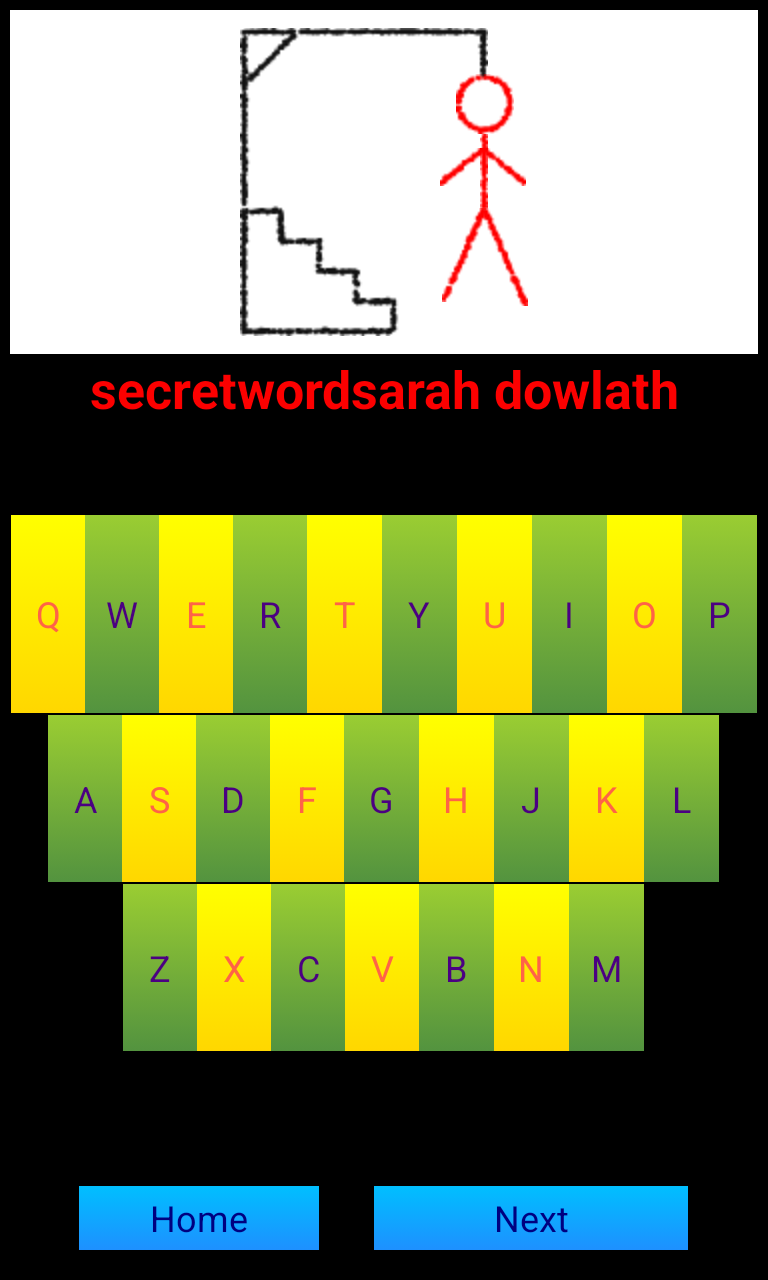
Repository: SarahDowlath/TriniHangman
Layout: workspace3/Trini-Hangman/res/layout/game.xml
An editor plug-in stored every save of this project. The layout is shown before and after the next save, followed by the edit.
It is drawn on a 768 x 1280 px phone screen (xhdpi) without system bars, with theme AppTheme; the app's code is not run.

Above is the layout before, as saved 2014-07-07 15:26:40.

### workspace3/Trini-Hangman/res/layout/game.xml
<LinearLayout xmlns:android="http://schemas.android.com/apk/res/android"
    xmlns:tools="http://schemas.android.com/tools"
    android:id="@+id/LinearLayoutFinal"
    android:layout_width="fill_parent"
    android:layout_height="wrap_content"
    android:layout_gravity="bottom"
    android:layout_marginBottom="0dp"
    android:background="#FF000000"
    android:gravity="center"
    android:orientation="vertical"
    android:padding="5dp"
    android:paddingBottom="@dimen/activity_vertical_margin"
    android:paddingLeft="@dimen/activity_horizontal_margin"
    android:paddingRight="@dimen/activity_horizontal_margin"
    android:paddingTop="@dimen/activity_vertical_margin" >

    <RelativeLayout
        android:id="@+id/hangmanGallows"
        android:layout_width="match_parent"
        android:layout_height="172dp"
        android:background="#FFFFFF"
        android:gravity="center"
        android:visibility="visible" >

        <ImageView
            android:id="@+id/imageView2"
            android:layout_width="wrap_content"
            android:layout_height="wrap_content"
            android:contentDescription="@string/gallows"
            android:paddingLeft="0dp"
            android:paddingTop="0dp"
            android:src="@drawable/android_hangman_gallows" />

        <ImageView
            android:id="@+id/body"
            android:layout_width="wrap_content"
            android:layout_height="wrap_content"
            android:contentDescription="@string/body"
            android:paddingLeft="120dp"
            android:paddingTop="53dp"
            android:src="@drawable/android_hangman_body" />

        <ImageView
            android:id="@+id/arm1"
            android:layout_width="wrap_content"
            android:layout_height="wrap_content"
            android:contentDescription="@string/arm"
            android:paddingLeft="100dp"
            android:paddingTop="60dp"
            android:src="@drawable/android_hangman_arm1" />

        <ImageView
            android:id="@+id/arm2"
            android:layout_width="wrap_content"
            android:layout_height="wrap_content"
            android:contentDescription="@string/arm"
            android:paddingLeft="120dp"
            android:paddingTop="60dp"
            android:src="@drawable/android_hangman_arm2" />

        <ImageView
            android:id="@+id/leg1"
            android:layout_width="wrap_content"
            android:layout_height="wrap_content"
            android:contentDescription="@string/leg"
            android:paddingLeft="101dp"
            android:paddingTop="90dp"
            android:src="@drawable/android_hangman_leg1" />

        <ImageView
            android:id="@+id/leg2"
            android:layout_width="wrap_content"
            android:layout_height="wrap_content"
            android:contentDescription="@string/leg"
            android:paddingLeft="121dp"
            android:paddingTop="90dp"
            android:src="@drawable/android_hangman_leg2" />

        <ImageView
            android:id="@+id/head"
            android:layout_width="wrap_content"
            android:layout_height="wrap_content"
            android:layout_alignLeft="@+id/imageView2"
            android:layout_alignTop="@+id/imageView2"
            android:layout_weight="1"
            android:contentDescription="@string/head"
            android:paddingLeft="108dp"
            android:paddingTop="23dp"
            android:src="@drawable/android_hangman_head" />

    </RelativeLayout>

    <LinearLayout
        android:id="@+id/secretWord"
        android:layout_width="400sp"
        android:layout_height="80sp" >

        <TextView
            android:id="@+id/textFill"
            android:layout_width="fill_parent"
            android:layout_height="wrap_content"
            android:gravity="center"
            android:text="secretwordsarah dowlath"
            android:textColor="#FC0000"
            android:textSize="26sp"
            android:textStyle="bold" />
    </LinearLayout>

         <LinearLayout
             android:id="@+id/letterLayout1"
             android:layout_width="match_parent"
             android:layout_height="wrap_content"
             android:layout_weight="1.45"
             android:gravity="center_horizontal"
             android:orientation="horizontal"
             android:padding="0.5dp"
             android:textSize="22sp"
             android:weightSum="10" >

        <Button
            android:id="@+id/buttonQ"
            android:layout_width="0dp"
            android:layout_height="fill_parent"
            android:layout_weight="1"
            android:background="@drawable/buttonletterstyle"
            android:onClick="clickLetter"
            android:text="@string/button_letter_q"
            android:textColor="@drawable/lettercolor" />


         <Button
            android:id="@+id/buttonW"
            android:layout_weight="1"
            android:layout_height="fill_parent"
            android:layout_width="0dp"
            android:onClick="clickLetter"
            android:text="@string/button_letter_w"
            android:background="@drawable/buttonletterstyle1"
            android:textColor = "@drawable/lettercolor1"
         />


         <Button
            android:id="@+id/buttonE"
            android:layout_weight="1"
            android:layout_height="fill_parent"
            android:layout_width="0dp"
            android:onClick="clickLetter"
            android:text="@string/button_letter_e"
            android:background="@drawable/buttonletterstyle"
            android:textColor = "@drawable/lettercolor"
         />

         <Button
            android:id="@+id/buttonR"
            android:layout_weight="1"
            android:layout_height="fill_parent"
            android:layout_width="0dp"
            android:onClick="clickLetter"
            android:text="@string/button_letter_r"
            android:background="@drawable/buttonletterstyle1"
            android:textColor = "@drawable/lettercolor1"
         />

         <Button
            android:id="@+id/buttonT"
            android:layout_weight="1"
            android:layout_height="fill_parent"
            android:layout_width="0dp"
            android:onClick="clickLetter"
            android:text="@string/button_letter_t"
            android:background="@drawable/buttonletterstyle"
            android:textColor = "@drawable/lettercolor"
         />

         <Button
            android:id="@+id/buttonY"
            android:layout_weight="1"
            android:layout_height="fill_parent"
            android:layout_width="0dp"
            android:onClick="clickLetter"
            android:text="@string/button_letter_y"
            android:background="@drawable/buttonletterstyle1"
            android:textColor = "@drawable/lettercolor1"
         />

         <Button
            android:id="@+id/buttonU"
            android:layout_weight="1"
            android:layout_height="fill_parent"
            android:layout_width="0dp"
            android:onClick="clickLetter"
            android:text="@string/button_letter_u"
            android:background="@drawable/buttonletterstyle"
            android:textColor = "@drawable/lettercolor"
         />


         <Button
            android:id="@+id/buttonI"
            android:layout_weight="1"
            android:layout_height="fill_parent"
            android:layout_width="0dp"
            android:onClick="clickLetter"
            android:text="@string/button_letter_i"
            android:background="@drawable/buttonletterstyle1"
            android:textColor = "@drawable/lettercolor1"
         />


         <Button
            android:id="@+id/buttonO"
            android:layout_weight="1"
            android:layout_height="fill_parent"
            android:layout_width="0dp"
            android:onClick="clickLetter"
            android:text="@string/button_letter_o"
            android:background="@drawable/buttonletterstyle"
            android:textColor = "@drawable/lettercolor"
         />

         <Button
            android:id="@+id/buttonP"
            android:layout_weight="1"
            android:layout_height="fill_parent"
            android:layout_width="0dp"
            android:onClick="clickLetter"
            android:text="@string/button_letter_p"
            android:background="@drawable/buttonletterstyle1"
            android:textColor = "@drawable/lettercolor1"
         />
    </LinearLayout>

    <LinearLayout
        android:id="@+id/letterLayout2"
        android:layout_width="fill_parent"
        android:layout_height="wrap_content"
        android:layout_weight="1"
        android:gravity="center_horizontal"
        android:orientation="horizontal"
        android:padding="0.5dp"
        android:textSize="22sp"
        android:weightSum="10" >

        <Button
            android:id="@+id/buttonA"
            android:layout_weight="1"
            android:layout_height="fill_parent"
            android:layout_width="0dp"
            android:onClick="clickLetter"
            android:text="@string/button_letter_a"
            android:background="@drawable/buttonletterstyle1"
            android:textColor = "@drawable/lettercolor1"
         />

         <Button
             android:id="@+id/buttonS"
             android:layout_width="0dp"
             android:layout_height="fill_parent"
             android:layout_weight="1"
             android:background="@drawable/buttonletterstyle"
             android:onClick="clickLetter"
             android:text="@string/button_letter_s"
             android:textColor="@drawable/lettercolor" />

         <Button
            android:id="@+id/buttonD"
            android:layout_weight="1"
            android:layout_height="fill_parent"
            android:layout_width="0dp"
            android:onClick="clickLetter"
            android:text="@string/button_letter_d"
            android:background="@drawable/buttonletterstyle1"
            android:textColor = "@drawable/lettercolor1"
         />

         <Button
            android:id="@+id/buttonF"
            android:layout_weight="1"
            android:layout_height="fill_parent"
            android:layout_width="0dp"
            android:onClick="clickLetter"
            android:text="@string/button_letter_f"
            android:background="@drawable/buttonletterstyle"
            android:textColor = "@drawable/lettercolor"
         />

         <Button
            android:id="@+id/buttonG"
            android:layout_weight="1"
            android:layout_height="fill_parent"
            android:layout_width="0dp"
            android:onClick="clickLetter"
            android:text="@string/button_letter_g"
            android:background="@drawable/buttonletterstyle1"
            android:textColor = "@drawable/lettercolor1"
         />

         <Button
            android:id="@+id/buttonH"
            android:layout_weight="1"
            android:layout_height="fill_parent"
            android:layout_width="0dp"
            android:onClick="clickLetter"
            android:text="@string/button_letter_h"
            android:background="@drawable/buttonletterstyle"
            android:textColor = "@drawable/lettercolor"
         />

         <Button
            android:id="@+id/buttonJ"
            android:layout_weight="1"
            android:layout_height="fill_parent"
            android:layout_width="0dp"
            android:onClick="clickLetter"
            android:text="@string/button_letter_j"
            android:background="@drawable/buttonletterstyle1"
            android:textColor = "@drawable/lettercolor1"
         />

         <Button
            android:id="@+id/buttonK"
            android:layout_weight="1"
            android:layout_height="fill_parent"
            android:layout_width="0dp"
            android:onClick="clickLetter"
            android:text="@string/button_letter_k"
            android:background="@drawable/buttonletterstyle"
            android:textColor = "@drawable/lettercolor"
         />

         <Button
            android:id="@+id/buttonL"
            android:layout_weight="1"
            android:layout_height="fill_parent"
            android:layout_width="0dp"
            android:onClick="clickLetter"
            android:text="@string/button_letter_l"
            android:background="@drawable/buttonletterstyle1"
            android:textColor = "@drawable/lettercolor1"
         />
    </LinearLayout>

    <LinearLayout
        android:id="@+id/letterLayout3"
        android:layout_width="fill_parent"
        android:layout_height="wrap_content"
        android:layout_weight="1"
        android:gravity="center_horizontal"
        android:orientation="horizontal"
        android:padding="0.5dp"
        android:textSize="22sp"
        android:weightSum="10" >

        <Button
            android:id="@+id/buttonZ"
            android:layout_weight="1"
            android:layout_height="fill_parent"
            android:layout_width="0dp"
            android:onClick="clickLetter"
            android:text="@string/button_letter_z"
            android:background="@drawable/buttonletterstyle1"
            android:textColor = "@drawable/lettercolor1"
         />
         <Button
            android:id="@+id/buttonX"
            android:layout_weight="1"
            android:layout_height="fill_parent"
            android:layout_width="0dp"
            android:onClick="clickLetter"
            android:text="@string/button_letter_x"
            android:background="@drawable/buttonletterstyle"
            android:textColor = "@drawable/lettercolor"
         />

         <Button
            android:id="@+id/buttonC"
            android:layout_weight="1"
            android:layout_height="fill_parent"
            android:layout_width="0dp"
            android:onClick="clickLetter"
            android:text="@string/button_letter_c"
            android:background="@drawable/buttonletterstyle1"
            android:textColor = "@drawable/lettercolor1"
         />

         <Button
            android:id="@+id/buttonV"
            android:layout_weight="1"
            android:layout_height="fill_parent"
            android:layout_width="0dp"
            android:onClick="clickLetter"
            android:text="@string/button_letter_v"
            android:background="@drawable/buttonletterstyle"
            android:textColor = "@drawable/lettercolor"
         />

         <Button
            android:id="@+id/buttonB"
            android:layout_weight="1"
            android:layout_height="fill_parent"
            android:layout_width="0dp"
            android:onClick="clickLetter"
            android:text="@string/button_letter_b"
            android:background="@drawable/buttonletterstyle1"
            android:textColor = "@drawable/lettercolor1"
         />

         <Button
            android:id="@+id/buttonN"
            android:layout_weight="1"
            android:layout_height="fill_parent"
            android:layout_width="0dp"
            android:onClick="clickLetter"
            android:text="@string/button_letter_n"
            android:background="@drawable/buttonletterstyle"
            android:textColor = "@drawable/lettercolor"
         />

         <Button
            android:id="@+id/buttonM"
            android:layout_weight="1"
            android:layout_height="fill_parent"
            android:layout_width="0dp"
            android:onClick="clickLetter"
            android:text="@string/button_letter_m"
            android:background="@drawable/buttonletterstyle1"
            android:textColor = "@drawable/lettercolor1"
         />

    </LinearLayout>

    <LinearLayout
        android:id="@+id/FinalLayout"
        android:layout_width="match_parent"
        android:layout_height="80dp"
        android:layout_marginBottom="2dp"
        android:layout_weight="0.75"
        android:gravity="center_horizontal"
        android:orientation="horizontal"
        android:padding="2dp"
        android:textSize="14sp"
        android:weightSum="7" >

        <Button
            android:id="@+id/buttonHome"
            android:layout_width="120dp"
            android:layout_height="32dp"
            android:layout_gravity="bottom"
            android:layout_marginBottom="3dp"
            android:background="@drawable/buttonnextonestyle"
            android:onClick="goHome"
            android:text="@string/button_go_home"
            android:textColor="@drawable/nextonecolor" />

        <TextView
            android:layout_width="0dp"
            android:layout_height="0dp"
            android:layout_weight="1.5" />

        <Button
            android:id="@+id/buttonNext"
            android:layout_width="120dp"
            android:layout_height="32dp"
            android:layout_gravity="bottom"
            android:layout_marginBottom="3dp"
            android:layout_weight="2"
            android:background="@drawable/buttonnextonestyle"
            android:onClick="nextOne"
            android:text="@string/button_next"
            android:textColor="@drawable/nextonecolor" />

    </LinearLayout>

</LinearLayout>

### workspace3/Trini-Hangman/res/values/strings.xml
<?xml version="1.0" encoding="utf-8"?>
<resources>

    <string name="app_name">Trini-Hangman</string>
    <string name="hello_world">Hello world!</string>
    <string name="action_settings">Settings</string>
    <string name="gallows">The Gallows</string>
	<string name="head">The Head</string>
	<string name="body">The Body</string>
	<string name="arm">An Arm</string>
	<string name="leg">A Leg</string>
	<string name="button_food_category">Food</string>
    <string name="button_music_category">Music</string>
    <string name="button_sports_category">Sports</string>

    <string name="about_text">

	Test3 Local Trinidad and Tobago version of Hangman which is a fun way to learn the culture of Trinidad and Tobago.

	TriniHangman allows you to select from a list of category all related to culture.

	You are presented with all the letters from the alphabet and can guess a letter for the secret word.

	If you guess a letter that is part of the word, the word is redisplayed with all instances of that letter shown in the correct positions, along with any letters correctly guessed on previous turns.

	For every letter guessed wrong, a bit more of the hangman is exposed.

	You have 8 tries to correctly guess the word.

        </string>

    <string name="about_title"> About Trini-Hangman </string>




    <string name="button_letter_a">A</string>
    <string name="button_letter_b">B</string>
    <string name="button_letter_c">C</string>
    <string name="button_letter_d">D</string>
    <string name="button_letter_e">E</string>
    <string name="button_letter_f">F</string>
    <string name="button_letter_g">G</string>
    <string name="button_letter_h">H</string>
    <string name="button_letter_i">I</string>
    <string name="button_letter_j">J</string>
    <string name="button_letter_k">K</string>
    <string name="button_letter_l">L</string>
    <string name="button_letter_m">M</string>
    <string name="button_letter_n">N</string>
    <string name="button_letter_o">O</string>
    <string name="button_letter_p">P</string>
    <string name="button_letter_q">Q</string>
    <string name="button_letter_r">R</string>
    <string name="button_letter_s">S</string>
    <string name="button_letter_t">T</string>
    <string name="button_letter_u">U</string>
    <string name="button_letter_v">V</string>
    <string name="button_letter_w">W</string>
    <string name="button_letter_x">X</string>
    <string name="button_letter_y">Y</string>
    <string name="button_letter_z">Z</string>
    <string name="button_go_home">Home</string>
    <string name="button_next">Next</string>

</resources>

### workspace3/Trini-Hangman/res/drawable/buttonletterstyle.xml
<?xml version="1.0" encoding="utf-8"?>
<selector xmlns:android="http://schemas.android.com/apk/res/android">
    <item android:state_pressed="true" >
        <shape>
            <solid
                android:color="#FFD700"/>
        </shape>
    </item> <!-- pressed -->
    <item android:state_enabled="false" >
        <shape>
            <solid
                android:color= "#708090"/>
        </shape>
    </item> <!-- disabled -->
    <item>
        <shape>
            <gradient
                android:startColor="#FFFF00"
                android:endColor="#FFD700"
                android:angle="270" />
        </shape>
    </item> <!-- default -->
</selector>

### workspace3/Trini-Hangman/res/drawable/lettercolor.xml
<?xml version="1.0" encoding="utf-8"?>
<selector xmlns:android="http://schemas.android.com/apk/res/android">
    <item android:state_pressed="true" android:color = "#FFFC0000" /> <!-- pressed -->
    <item android:state_enabled="false" android:color="#FFC0C0C0" />
    <item android:color="#FFFF6347"/>
</selector>

### workspace3/Trini-Hangman/res/drawable/buttonletterstyle1.xml
<?xml version="1.0" encoding="utf-8"?>
<selector xmlns:android="http://schemas.android.com/apk/res/android">
    <item android:state_pressed="true" >
        <shape>
            <solid
                android:color="#53933f"/>
        </shape>
    </item> <!-- pressed -->
    <item android:state_enabled="false" >
        <shape>
            <solid
                android:color= "#708090"/>
        </shape>
    </item> <!-- disabled -->
    <item>
        <shape>
            <gradient
                android:startColor="#9ACD32"
                android:endColor="#53933f"
                android:angle="270" />
        </shape>
    </item> <!-- default -->
</selector>

### workspace3/Trini-Hangman/res/drawable/lettercolor1.xml
<?xml version="1.0" encoding="utf-8"?>
<selector xmlns:android="http://schemas.android.com/apk/res/android">
    <item android:state_pressed="true" android:color = "#FFFC0000" /> <!-- pressed -->
    <item android:state_enabled="false" android:color="#FFC0C0C0" />
    <item android:color="#FF4B0082"/>
</selector>

### workspace3/Trini-Hangman/res/drawable/buttonnextonestyle.xml
<?xml version="1.0" encoding="utf-8"?>
<selector xmlns:android="http://schemas.android.com/apk/res/android">
    <item android:state_pressed="true" >
        <shape>
            <solid
                android:color="#1E90FF"/>
        </shape>
    </item> <!-- pressed -->
    <item android:state_enabled="false" >
        <shape>
            <solid
                android:color= "#708090"/>
        </shape>
    </item> <!-- disabled -->
    <item>
        <shape>
            <gradient
                android:startColor= "#00BFFF"
                android:endColor="#1E90FF"
                android:angle="270" />
        </shape>
    </item> <!-- default -->
</selector>

### workspace3/Trini-Hangman/res/drawable/nextonecolor.xml
<?xml version="1.0" encoding="utf-8"?>
<selector xmlns:android="http://schemas.android.com/apk/res/android">
    <item android:state_pressed="true" android:color = "#FFF0F8FF" /> <!-- pressed -->
    <item android:state_enabled="false" android:color="#FFC0C0C0" />
    <item android:color="#FF000080"	/>
</selector>

Loaded but not shown: workspace3/Trini-Hangman/res/values/styles.xml (common file); workspace3/Trini-Hangman/res/values-v11/styles.xml (common file); workspace3/Trini-Hangman/res/values-v14/styles.xml (common file); workspace3/Trini-Hangman/res/values/dimens.xml (common file); workspace3/Trini-Hangman/res/values-w820dp/dimens.xml (common file)

After the next save:
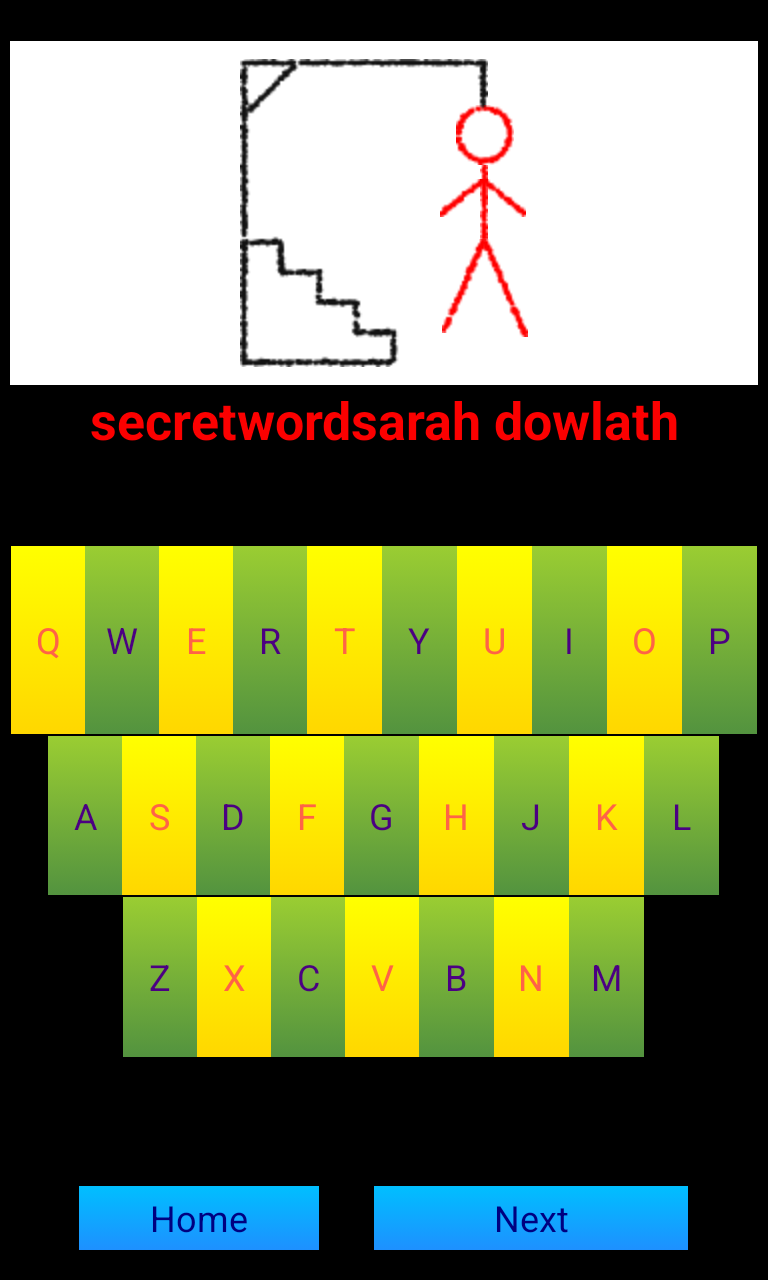
Saved 2 h 22 min later.
--- a/workspace3/Trini-Hangman/res/layout/game.xml
+++ b/workspace3/Trini-Hangman/res/layout/game.xml
@@ -14,6 +14,18 @@
     android:paddingRight="@dimen/activity_horizontal_margin"
     android:paddingTop="@dimen/activity_vertical_margin" >
 
+
+    <TextView
+        android:id="@+id/textLevel"
+        android:layout_weight = "0.5"
+        android:layout_height="0dp"
+        android:layout_width="fill_parent"
+        android:gravity="center"
+        android:text=""
+        android:textSize = "20sp"
+        android:textColor = "#ffff"
+        android:textStyle = "bold" />
+
     <RelativeLayout
         android:id="@+id/hangmanGallows"
         android:layout_width="match_parent"
@@ -31,6 +43,8 @@
             android:paddingTop="0dp"
             android:src="@drawable/android_hangman_gallows" />
 
+
+
         <ImageView
             android:id="@+id/body"
             android:layout_width="wrap_content"
@@ -96,7 +110,7 @@
         android:layout_height="80sp" >
 
         <TextView
-            android:id="@+id/textFill"
+            android:id="@+id/secretWord"
             android:layout_width="fill_parent"
             android:layout_height="wrap_content"
             android:gravity="center"
